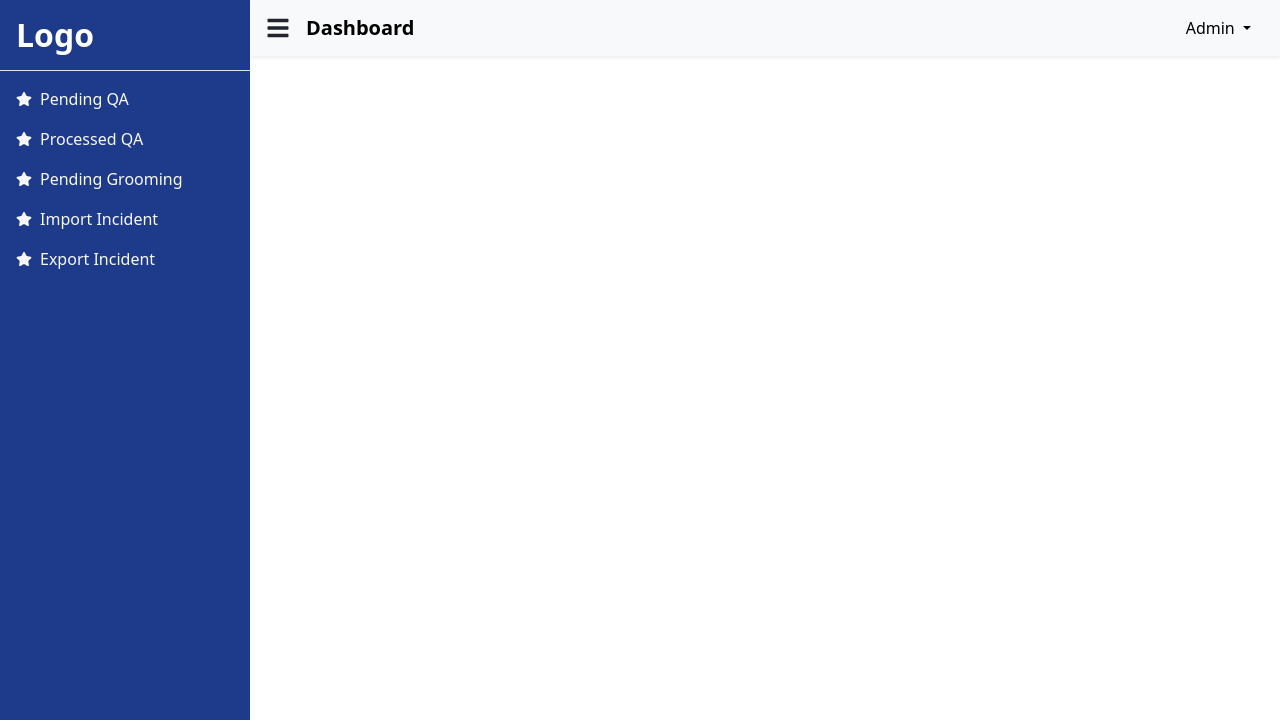
Repository: ArunGOW/ServiceNow_QA-audit
Page: /dashboard
These files come from the project's save history. The page is drawn as it stood at one moment and after the next save; the edit follows.
The browser window is 1280 px wide. The pictures show the whole page.
The project was rebuilt for these pictures with package versions that can differ from the ones it lists, and the page was loaded fresh each time. Also part of the build but not shown: vite.config.js, src/components/Login.jsx, src/components/layout/Topbar.css, src/components/tables/PendingQATable.jsx, src/components/CustomButton.jsx, src/components/PaginationControls.jsx, src/pages/PendingQAPage.jsx, src/components/tables/ProcessedQATable.jsx and 3 more.

Above is the page before, as saved 2025-09-09 16:50:54.

After the next save:
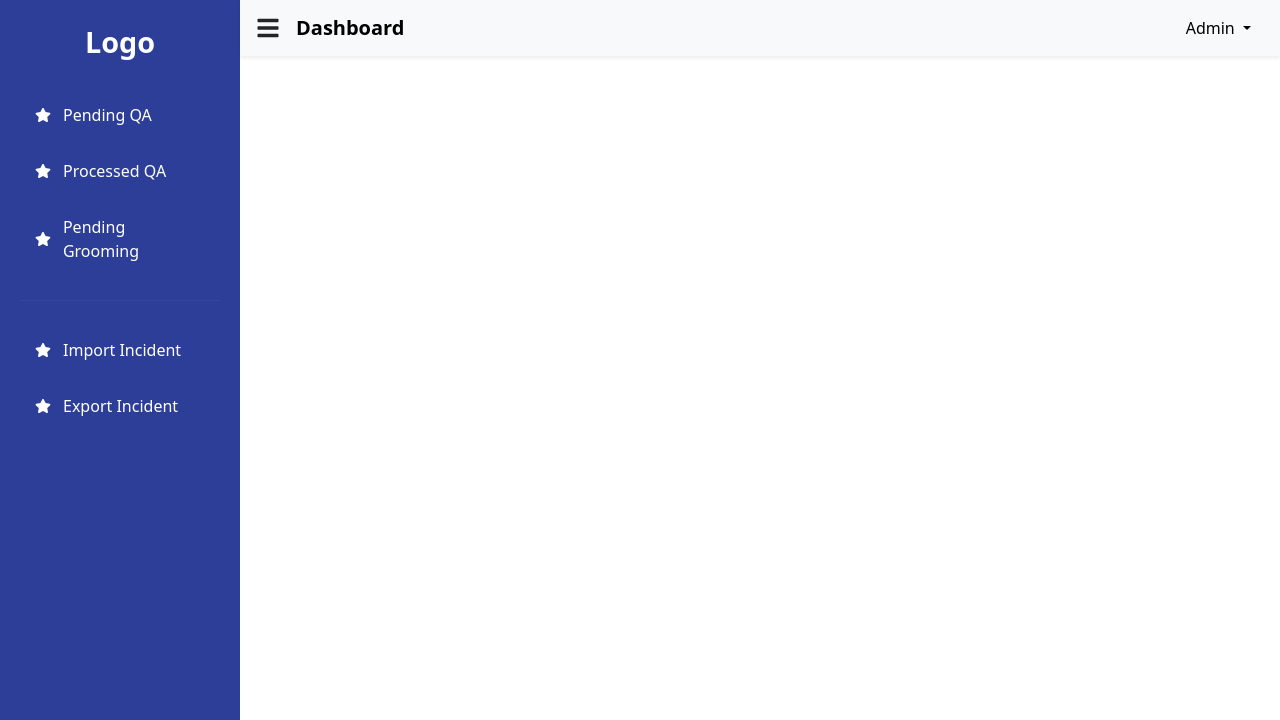
Saved 54 s later.
--- a/src/components/layout/sidebar.jsx
+++ b/src/components/layout/sidebar.jsx
@@ -1,37 +1,73 @@
+//  // src/components/layout/Sidebar.jsx
+// import { Nav } from "react-bootstrap";
+// import { FaStar } from "react-icons/fa";
+// import { Link, useLocation } from "react-router-dom";
+
+// const Sidebar = () => {
+//   const location = useLocation();
+
+//   const menuItems = [
+//     { path: "/pending-qa", label: "Pending QA" },
+//     { path: "/processed-qa", label: "Processed QA" },
+//     { path: "/pending-grooming", label: "Pending Grooming" },
+//     { path: "/import-incident", label: "Import Incident" },
+//     { path: "/export-incident", label: "Export Incident" },
+//   ];
+
+//   return (
+//     <div>
+//       <h2 className="p-3 fw-bold border-bottom">Logo</h2>
+//       <Nav className="flex-column">
+//         {menuItems.map((item) => (
+//           <Nav.Item key={item.path}>
+//             <Link
+//               to={item.path}
+//               className={`d-flex align-items-center px-3 py-2 text-decoration-none ${
+//                 location.pathname === item.path
+//                   ? "bg-light text-dark rounded"
+//                   : "text-white"
+//               }`}
+//             >
+//               <FaStar className="me-2" />
+//               {item.label}
+//             </Link>
+//           </Nav.Item>
+//         ))}
+//       </Nav>
+//     </div>
+//   );
+// };
+
+// export default Sidebar;
+
+
 // src/components/layout/Sidebar.jsx
-import { Nav } from "react-bootstrap";
+import { NavLink } from "react-router-dom";
 import { FaStar } from "react-icons/fa";
-import { Link, useLocation } from "react-router-dom";
+import "./Sidebar.css";
 
 const Sidebar = () => {
-  const location = useLocation();
-
-  const menuItems = [
-    { path: "/pending-qa", label: "Pending QA" },
-    { path: "/processed-qa", label: "Processed QA" },
-    { path: "/pending-grooming", label: "Pending Grooming" },
-    { path: "/import-incident", label: "Import Incident" },
-    { path: "/export-incident", label: "Export Incident" },
-  ];
-
   return (
-    <div style={{ width: "250px", background: "#1e3a8a", color: "white", minHeight: "100vh" }}>
-      <h2 className="p-3 fw-bold border-bottom">Logo</h2>
-      <Nav className="flex-column">
-        {menuItems.map((item) => (
-          <Nav.Item key={item.path}>
-            <Link
-              to={item.path}
-              className={`d-flex align-items-center px-3 py-2 text-decoration-none ${
-                location.pathname === item.path ? "bg-primary text-white rounded" : "text-light"
-              }`}
-            >
-              <FaStar className="me-2" />
-              {item.label}
-            </Link>
-          </Nav.Item>
-        ))}
-      </Nav>
+    <div className="sidebar">
+      <div className="logo">Logo</div>
+      <nav>
+        <NavLink to="/pending-qa" activeClassName="active">
+          <FaStar /> Pending QA
+        </NavLink>
+        <NavLink to="/processed-qa" activeClassName="active">
+          <FaStar /> Processed QA
+        </NavLink>
+        <NavLink to="/pending-grooming" activeClassName="active">
+          <FaStar /> Pending Grooming
+        </NavLink>
+        <hr />
+        <NavLink to="/import-incident" activeClassName="active">
+          <FaStar /> Import Incident
+        </NavLink>
+        <NavLink to="/export-incident" activeClassName="active">
+          <FaStar /> Export Incident
+        </NavLink>
+      </nav>
     </div>
   );
 };
